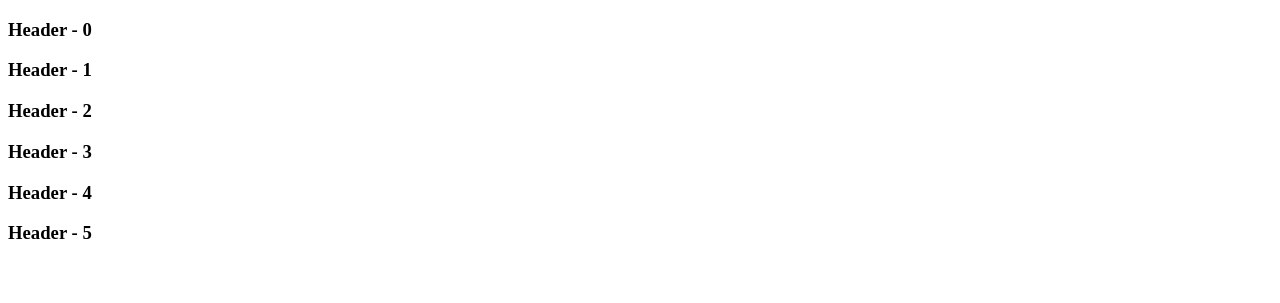
Repository: chlguswns1/web-practice
Page: jQuery/src/main/webapp/02_DOM_Search.html
The author's editor kept a copy of each file at every save. The page is drawn from the files as they stood at one save, then again after the next save.
The browser window is 1280 px wide. The pictures show the whole page.

Above is the page before, as saved 2023-03-09 05:51:35.
Console error: SyntaxError: Unexpected end of input

### jQuery/src/main/webapp/02_DOM_Search.html
<!--
	문서 객체 탐색 : 선택자와 관련된 추가 메서드를 살펴보자.
-->
<!DOCTYPE html>
<html>
<head>
<meta charset="UTF-8">
<title>문서 객체 탐색</title>

<script src="./js/jquery-3.6.3.js"></script>
<script type="text/javascript">
/* 1. 기본 필터링 메서드
//   - filter() 메서드 사용 두 가지 형태
//     1) $(selector).filter(selector);
//     2) $(selector).filter(function(index){});


	$(function () {
		//예제 : 홀수번째 속성 변경.
		$('h3:even').css({
			backgroundColor:'black',
			color:'white'
		});

	//filter() 매소드 적용 형태.
		$('h3').filter(':even').css({
			backgroundColor:'black',
			color:'white'
		});
	});

	//filter() 매소드 적용 형태.2
	$('h3').filter(function(index){
		return index % 3 ==0;
	}).css({backgroundColor:'black',
		color:'white'});

	*/
/* 2. 문서 객체 탐색 종료
	// 예제1.
	// 체이닝을 사용해 한 줄로 서로 다른 문서 객체에 스타일 적용 가능

	$(function () {
		$('h3').css('background','orange').filter('even').css('color','red')
	});
	*/
	// 예제2.
	$(function() {
		/* $('h3').css('background','orange').filter(':even').css('color','white'
				).filter(':odd').css('color','red');//누적되서 진행

		$('h3').css('background','orange').filter(':even').css('color','white'
		).end().filter(':odd').css('color','red');//.end()를 붙이면 앞에꺼를 초기화 시킴
	})
*/
	// 예제3.
	// 체이닝을 이용한 예제2의 표현
	// end() : 문서 객체 선택을 한 단계 뒤로 돌림.
	$(function () {
		$('h3').eq(3).css('background','orange');
	})


/* 3. 특정 위치의 문서 객체 선택 */
//  - eq(n) : n번째 위치에 존재하는 문서 객체를 선택.
//  - first() : 첫번째 위치하는 문서 객체를 선택.
//  - last() : 마지막에 위치하는 문서 객체를 선택.



/* 4. 문서 객체 추가 선택 */


/* 5. 문서 객체의 특징 판별 */



</script>

</head>
<body>
<!-- -->
	<h3>Header - 0</h3>
	<h3>Header - 1</h3>
	<h3>Header - 2</h3>
	<h3>Header - 3</h3>
	<h3>Header - 4</h3>
	<h3>Header - 5</h3>


<!-- 4. 문서 객체 추가 선택 예시
	<h1>Header - 0</h1>
	<h2>Header - 1</h2>
	<h1>Header - 2</h1>
	<h2>Header - 3</h2>
	<h1>Header - 4</h1>
-->

<!-- 5. 문서 객체의 특징 판별
	<h1 class="select">Header - 0</h1>
	<h1>Header - 1</h1>
	<h1 class="select">Header - 2</h1>
 -->
</body>
</html>

Loaded but not shown: jQuery/src/main/webapp/js/jquery-3.6.3.js (library)

After the next save:
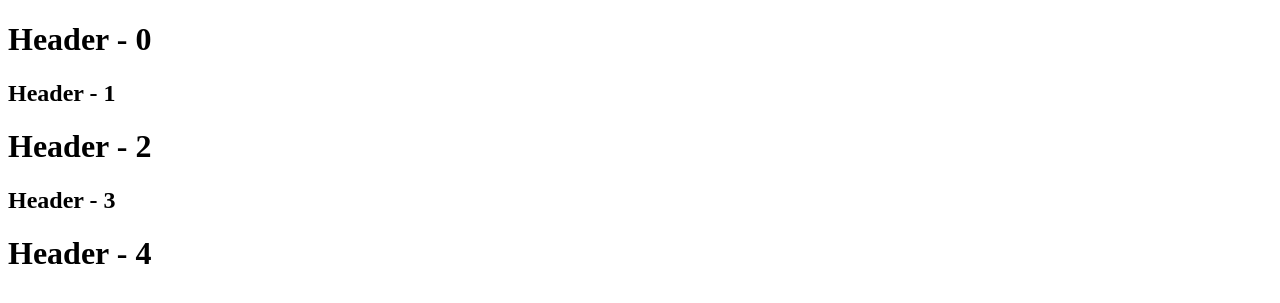
Saved 115 s later.
--- a/jQuery/src/main/webapp/02_DOM_Search.html
+++ b/jQuery/src/main/webapp/02_DOM_Search.html
@@ -52,14 +52,14 @@
 		$('h3').css('background','orange').filter(':even').css('color','white'
 		).end().filter(':odd').css('color','red');//.end()를 붙이면 앞에꺼를 초기화 시킴
 	})
-*/
+
 	// 예제3.
 	// 체이닝을 이용한 예제2의 표현
 	// end() : 문서 객체 선택을 한 단계 뒤로 돌림.
 	$(function () {
 		$('h3').eq(3).css('background','orange');
 	})
-
+*/
 
 /* 3. 특정 위치의 문서 객체 선택 */
 //  - eq(n) : n번째 위치에 존재하는 문서 객체를 선택.
@@ -69,7 +69,7 @@
 
 
 /* 4. 문서 객체 추가 선택 */
-
+//	-add():기존 문서 객체를 포함하여 추가로 문서객체를 선택
 
 /* 5. 문서 객체의 특징 판별 */
 
@@ -79,22 +79,22 @@
 
 </head>
 <body>
-<!-- -->
+<!--
 	<h3>Header - 0</h3>
 	<h3>Header - 1</h3>
 	<h3>Header - 2</h3>
 	<h3>Header - 3</h3>
 	<h3>Header - 4</h3>
 	<h3>Header - 5</h3>
+-->
 
-
-<!-- 4. 문서 객체 추가 선택 예시
+<!-- 4. 문서 객체 추가 선택 예시 -->
 	<h1>Header - 0</h1>
 	<h2>Header - 1</h2>
 	<h1>Header - 2</h1>
 	<h2>Header - 3</h2>
 	<h1>Header - 4</h1>
--->
+
 
 <!-- 5. 문서 객체의 특징 판별
 	<h1 class="select">Header - 0</h1>
